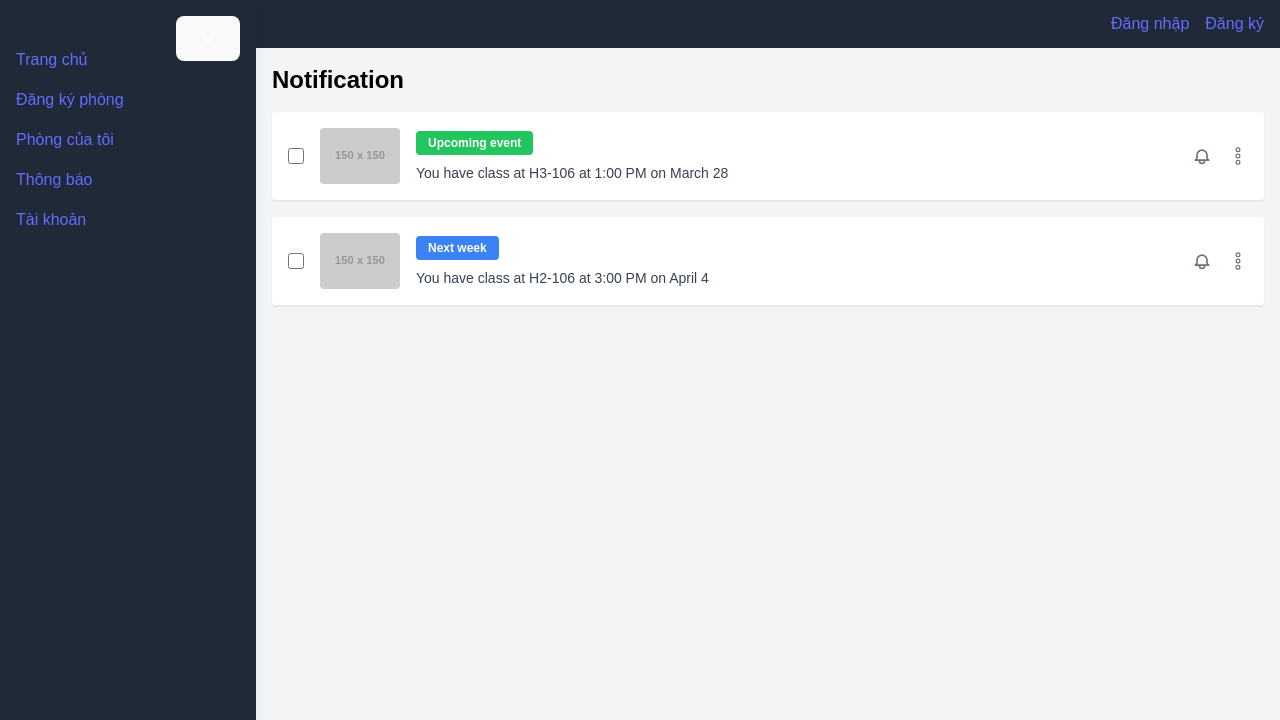
Repository: CNPM-S3MRS/frontend-web
Page: /notification
An editor plug-in stored every save of this project. The page is shown before and after the next save, followed by the edit.
The browser window is 1280 px wide. The pictures show the whole page.
The project was rebuilt for these pictures with package versions that can differ from the ones it lists, and the page was loaded fresh each time. Also part of the build but not shown: vite.config.js, src/pages/auth/Login.jsx.

Above is the page before, as saved 2025-04-09 02:32:18.

After the next save:
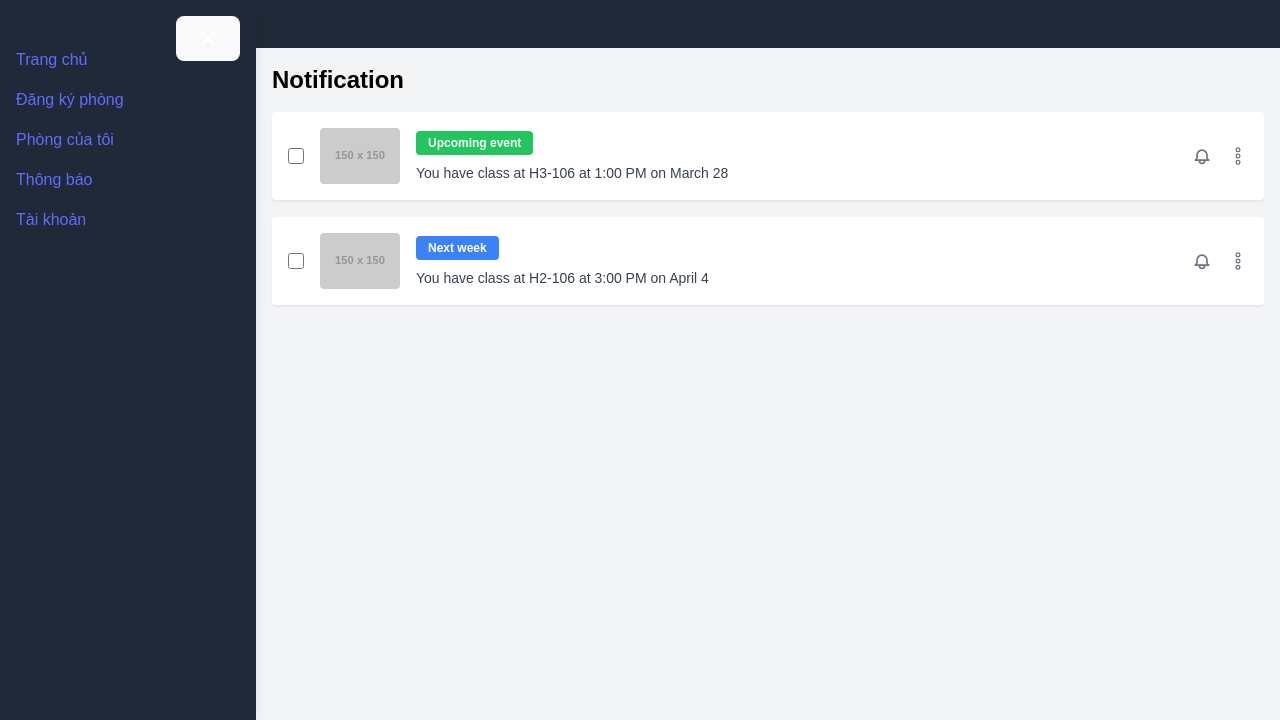
Saved 8 s later.
--- a/src/components/header/Header.jsx
+++ b/src/components/header/Header.jsx
@@ -3,11 +3,6 @@
 import LogoBK from "../../assets/LogoBK.jpg"; // Adjust the path as necessary
 
 const Header = ({ isSidebarOpen, setIsSidebarOpen }) => {
-    const menuItems = [
-      { name: "Đăng nhập", path: "/login" },
-      { name: "Đăng ký", path: "/register" },
-    ];
-
     return (
       <header className="flex items-center justify-between px-4 bg-gray-800 text-white">
         {/* Left Section: Hamburger Menu and Logo */}
@@ -36,28 +31,8 @@
           {/* Logo */}
           <img src={LogoBK} alt="Logo" className="w-12 h-12 object-contain" />
         </div>
-
-        {/* Navigation */}
-        <nav>
-          <ul className="flex space-x-4">
-            {menuItems.map((item) => (
-              <li key={item.name}>
-                <NavLink
-                  to={item.path}
-                  className={({ isActive }) =>
-                    `hover:text-gray-400 ${isActive ? "text-gray-400 font-bold" : ""}`
-                  }
-                  aria-label={item.name}
-                >
-                  {item.name}
-                </NavLink>
-              </li>
-            ))}
-          </ul>
-        </nav>
       </header>
     );
   };
 
-
-export default Header;
+  export default Header;
